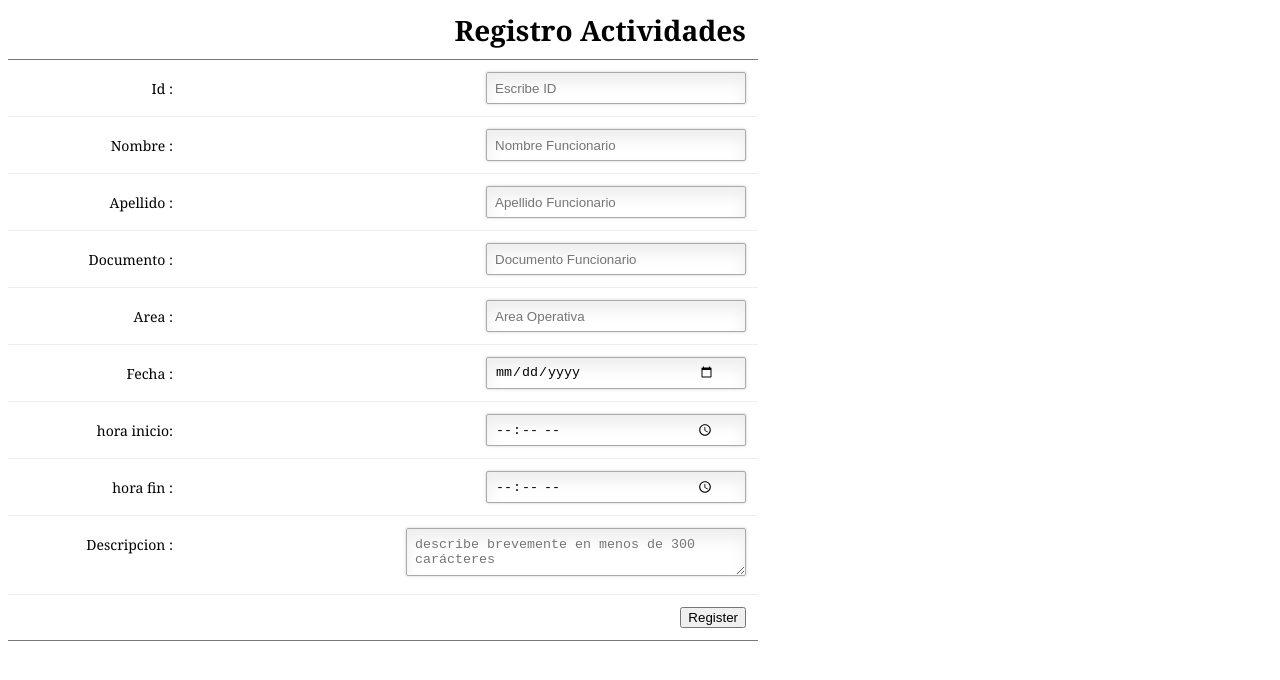
Repository: Yale2024/repo-registro-act
Page: templates/register.html
The author's editor kept a copy of each file at every save. The page is drawn from the files as they stood at one save, then again after the next save.
The browser window is 1280 px wide. The pictures show the whole page.

Above is the page before, as saved 2024-09-15 08:26:41.

After the next save:
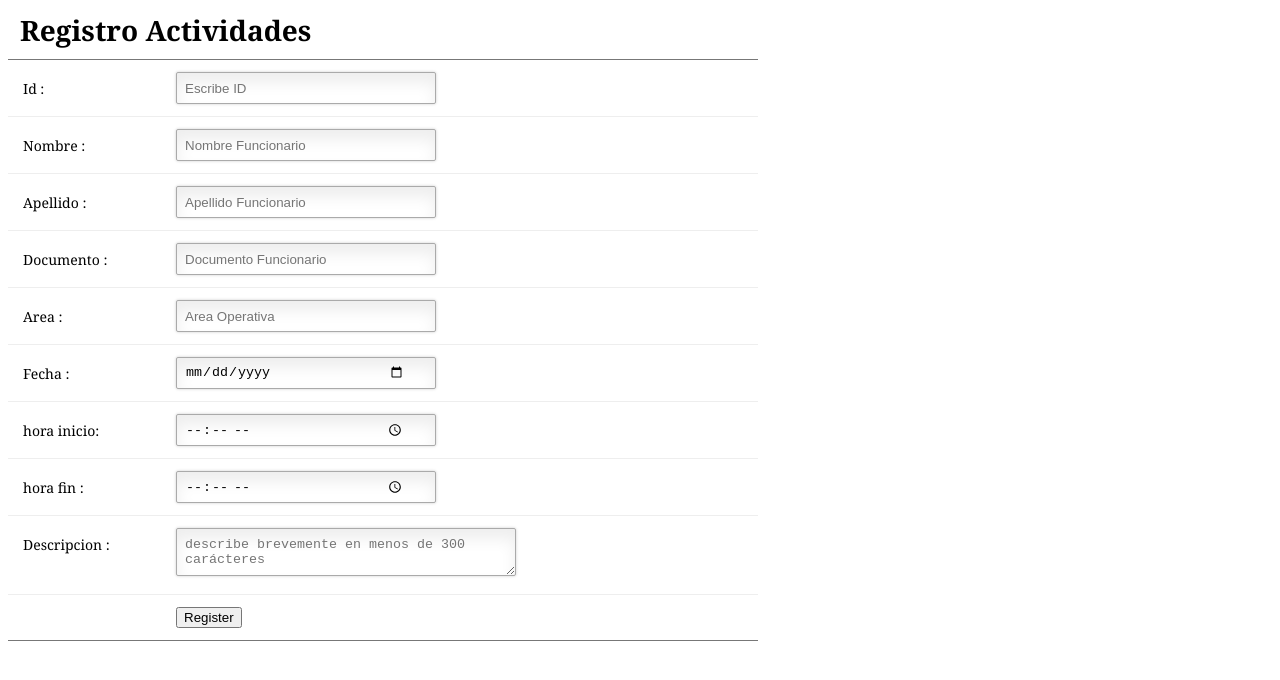
Saved 48 s later.
--- a/templates/register.html
+++ b/templates/register.html
@@ -10,7 +10,7 @@
 </head>
 <body></body>
 
-    <form class="contact_form" action="/register_user" method="POST" align="right" >
+    <form class="contact_form" action="/register_user" method="POST" >
     <!-- <form method="POST"> -->
         <div>
             <ul>

After the save that followed:
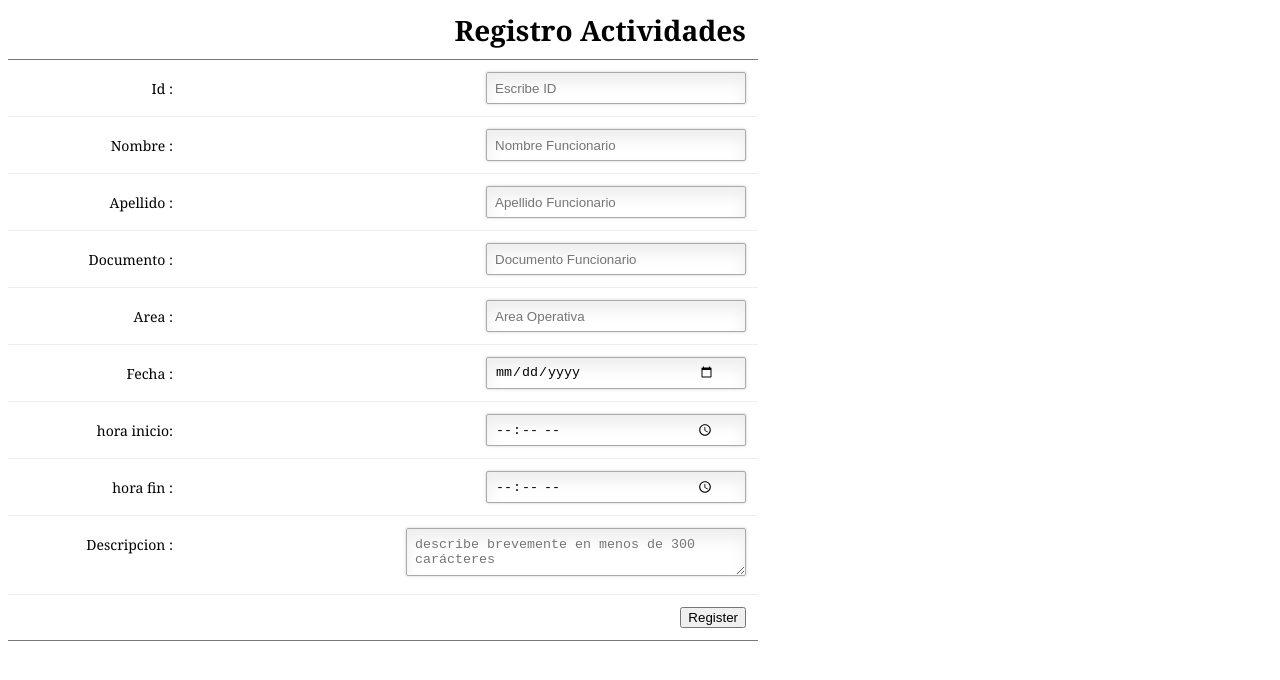
Saved 60 s later.
--- a/templates/register.html
+++ b/templates/register.html
@@ -10,7 +10,7 @@
 </head>
 <body></body>
 
-    <form class="contact_form" action="/register_user" method="POST" >
+    <form class="contact_form" action="/register_user" method="POST" align="right" >
     <!-- <form method="POST"> -->
         <div>
             <ul>
